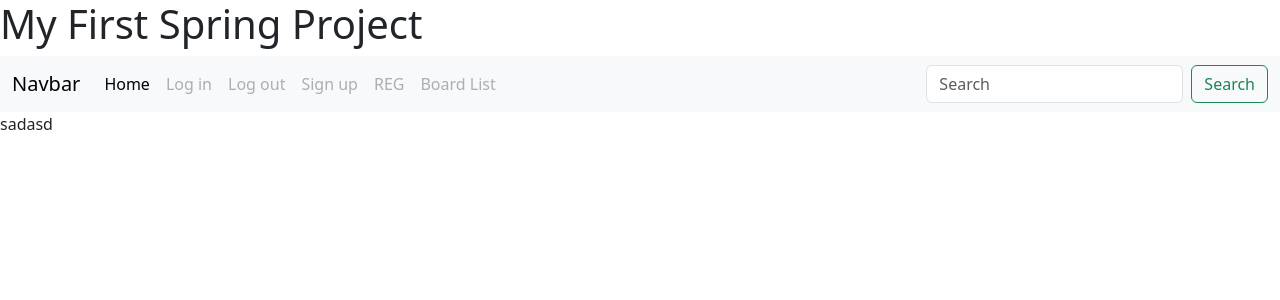
Repository: dfhdfhdfsza/springtest
Page: http://localhost/spring-Test/WEB-INF/views/board/register.jsp
The author's editor kept a copy of each file at every save. The page is drawn from the files as they stood at one save, then again after the next save.
The browser window is 1280 px wide. The pictures show the whole page.
The page is served by Tomcat 9. Nobody is signed in. The template is opened directly, without the code that normally fills it, so the values that code supplies are empty.

Above is the page before, as saved 2023-10-05 07:24:33.

After the next save:
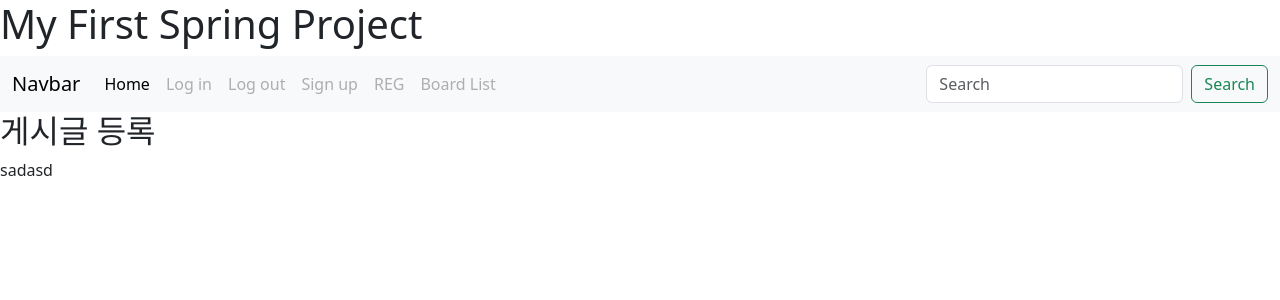
Saved 2 min 31 s later.
--- a/spring-Test/src/main/webapp/WEB-INF/views/board/register.jsp
+++ b/spring-Test/src/main/webapp/WEB-INF/views/board/register.jsp
@@ -9,7 +9,12 @@
 <title>Insert title here</title>
 </head>
 <body>
-<jsp:include page="../layout/header.jsp"></jsp:include>
-<jsp:include page="../layout/footer.jsp"></jsp:include>
+	<jsp:include page="../layout/header.jsp"></jsp:include>
+	<h2>게시글 등록</h2>
+	<!-- mapping 상태는 get/post가 별도의 mapping을 가짐 -->
+	<form action="/board/register" method="post">
+
+	</form>
+	<jsp:include page="../layout/footer.jsp"></jsp:include>
 </body>
 </html>
